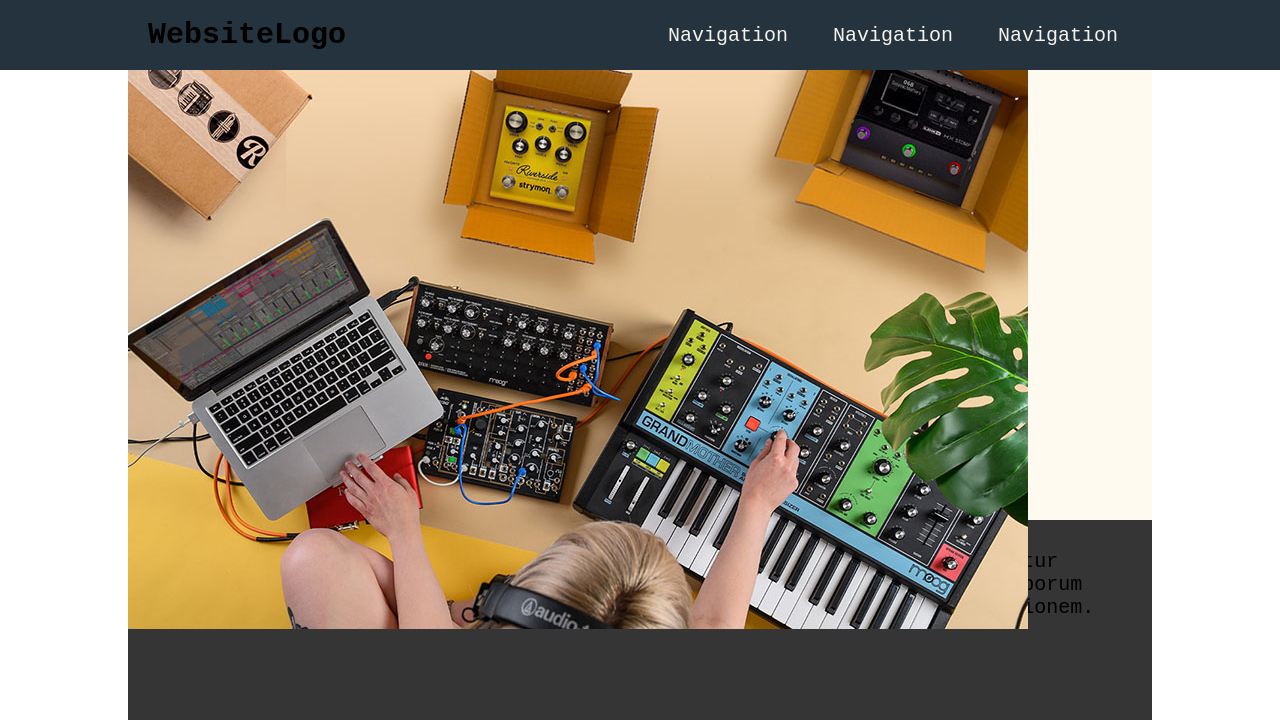
Repository: piotrokrutniak/Projekt-Studia
Page: index.html
These files come from the project's save history. The page is drawn as it stood at one moment and after the next save; the edit follows.
The browser window is 1280 px wide. The pictures show the whole page.

Above is the page before, as saved 2023-03-04 13:40:33.

After the next save:
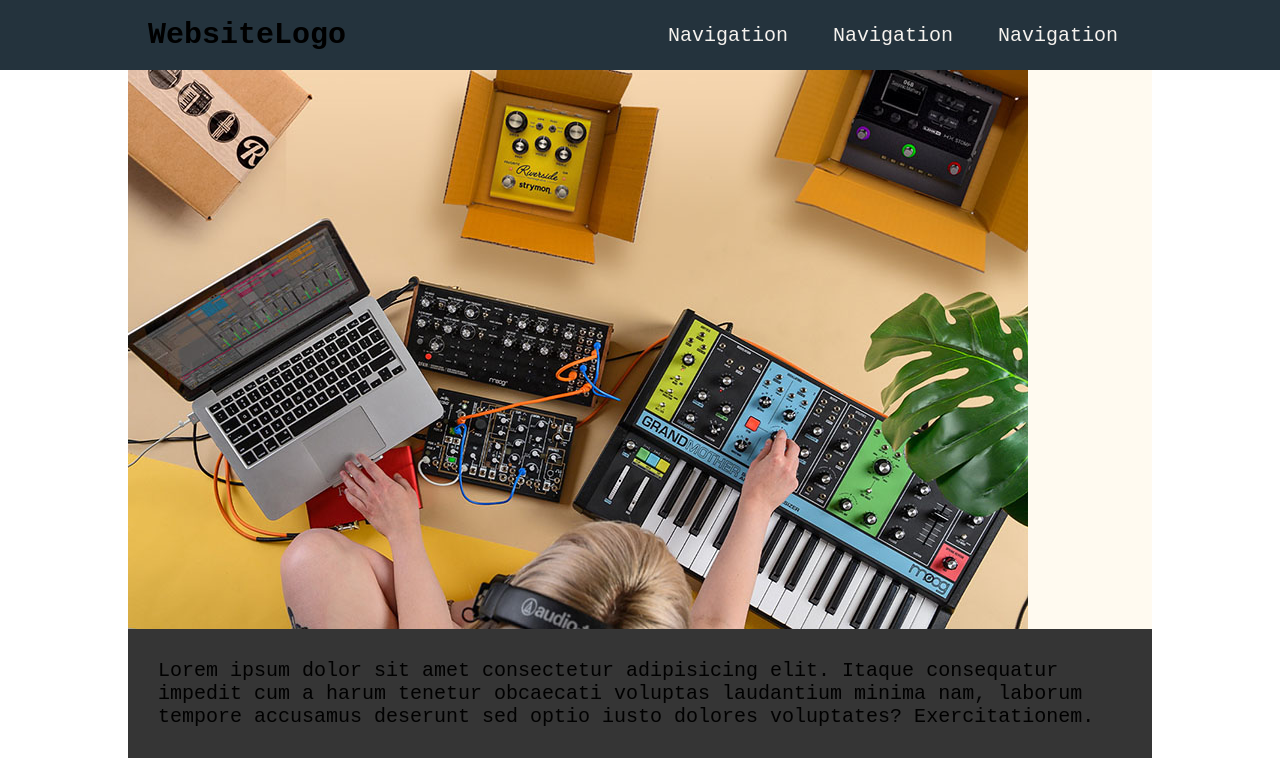
Saved 23 s later.
--- a/styles.css
+++ b/styles.css
@@ -105,13 +105,15 @@ a{
 
 .carousel-section{
     position: relative;
-    width: 100%;
-    max-width: 100%;
+    display: flex;
+    flex-shrink: 0;
+    object-fit: cover;
+    max-width:100%;
+    height: 100%;
+
+    padding-right: 0;
     max-height:600px;
-    object-fit:cover;
-    min-height: 250px;
-    position: relative;
-    object-fit: cover;
+    padding-bottom: 0px;
 }
 
 .text-section{
